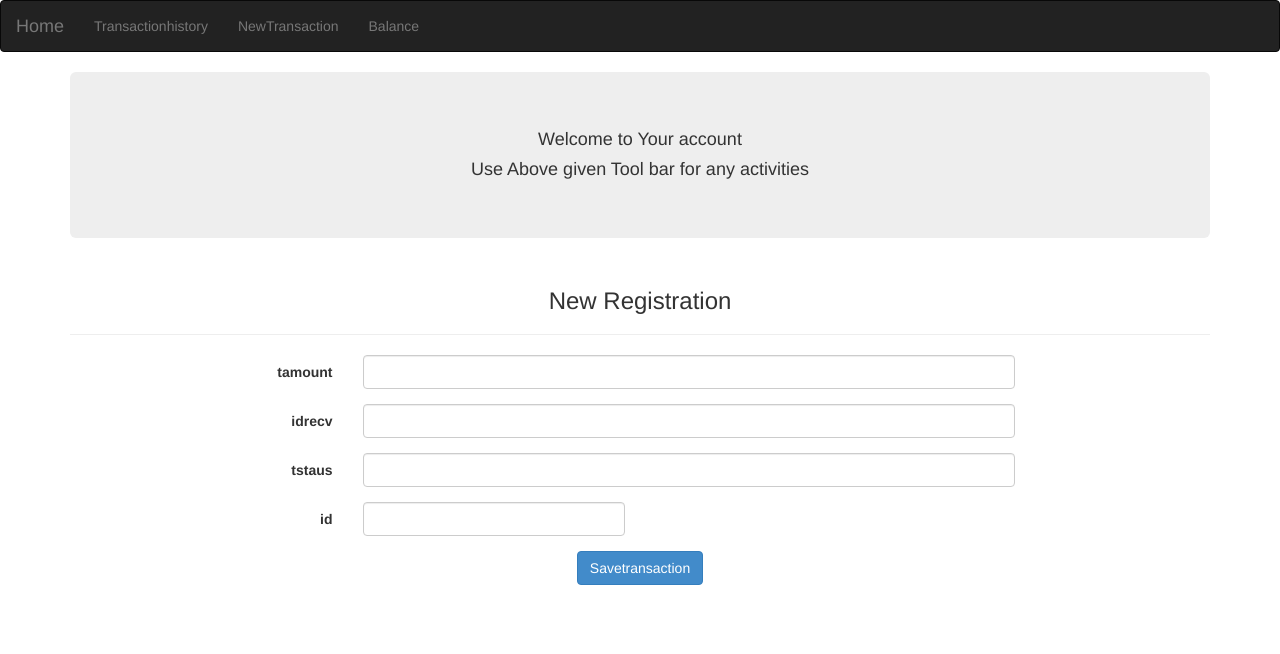
Repository: balajisaiveer/first
Page: http://localhost/Myapplication/WEB-INF/view/homepage.jsp
The author's editor kept a copy of each file at every save. The page is drawn from the files as they stood at one save, then again after the next save.
The browser window is 1280 px wide. The pictures show the whole page.
The page is served by Tomcat 9. Nobody is signed in. Other server files are loaded and not shown. The template is opened directly, without the code that normally fills it, so the values that code supplies are empty.

Above is the page before, as saved 2018-07-10 11:28:36.

### workspace-sts-3.9.5.RELEASE/Myapplication/src/main/webapp/WEB-INF/view/homepage.jsp
<!DOCTYPE html >
<%@taglib uri="http://java.sun.com/jsp/jstl/core" prefix="d"%>
<html>
<head>
<meta charset="utf-8">
<meta http-equiv="X-UA-Compatible" content="IE=edge">
<meta http-equiv="Pragma" content="no-cache">
<meta http-equiv="Cache-Control" content="no-cache">
<meta http-equiv="Expires" content="sat, 01 Dec 2001 00:00:00 GMT">
<title>Bank Application | home</title>
<link href="static/css/bootstrap.min.css" rel="stylesheet">
<link href="static/css/style.css" rel="stylesheet">
<!--[if lt IE 9]>
      <script src="https://oss.maxcdn.com/html5shiv/3.7.3/html5shiv.min.js"></script>
      <script src="https://oss.maxcdn.com/respond/1.4.2/respond.min.js"></script>
    <![endif]-->

</head>
<body>
	<div role="navigation">
		<div class="navbar navbar-inverse">
			<a href="/welcome" class="navbar-brand">Home</a>
			<div class="navbar-collapse collapse">
				<ul class="nav navbar-nav">
					<li><a href="/transactionhistory">Transactionhistory</a></li>
					<li><a href="/login-user/newtransaction">NewTransaction</a></li>
					<li><a href="/balance">Balance</a></li>
				</ul>
			</div>
		</div>
	</div>
	<div class="container" id="homediv">
		<div class="jumbotron text-center">
		<h4>Welcome to Your account</h4>
		<h4>Use Above given Tool bar for any activities</h4>
		</div>
	</div>
	<div class="container text-center">
		<h3>New Registration</h3>
		<hr>
		<form class="form-horizontal" method="POST" action="login-user/save-transaction">
		<input type="hidden" name="id" value="${transaction.tid }" />
		<div class="form-group">
		<label class="control-label col-md-3">tamount</label>
		<div class="col-md-7">
			<input type="text" class="form-control" name="tamount" value="${transaction.tamount }" />
		</div>
	</div>
	<div class="form-group">
		<label class="control-label col-md-3">idrecv</label>
		<div class="col-md-7">
		<input type="text" class="form-control" name="idrecv" value="${transaction.idrecv }" />
		</div>
	</div>
	<div class="form-group">
		<label class="control-label col-md-3">tstaus</label>
		<div class="col-md-7">
		<input type="text" class="form-control" name="tstaus" value="${transaction.tstaus }" />
		</div>
	</div>
	<div class="form-group">
		<label class="control-label col-md-3">id</label>
		<div class="col-md-3">
		<input type="text" class="form-control" name="id" value="${transaction.id }" />
		</div>
	</div>
	<div class="form-group ">
		<input type="submit" class="btn btn-primary" value="Savetransaction" />
		</div>
		</form>
	</div>

	<!-- Optional JavaScript -->
	<!-- jQuery first, then Popper.js, then Bootstrap JS -->
	<script src="static/js/jquery-1.11.1.min.js"></script>
	<script src="static/js/bootstrap.min.js"></script>
</body>
</html>

Loaded but not shown: workspace-sts-3.9.5.RELEASE/Myapplication/src/main/webapp/static/css/bootstrap.min.css (library); workspace-sts-3.9.5.RELEASE/Myapplication/src/main/webapp/static/css/style.css (common file); workspace-sts-3.9.5.RELEASE/Myapplication/src/main/webapp/static/js/jquery-1.11.1.min.js (library); workspace-sts-3.9.5.RELEASE/Myapplication/src/main/webapp/static/js/bootstrap.min.js (library)

After the next save:
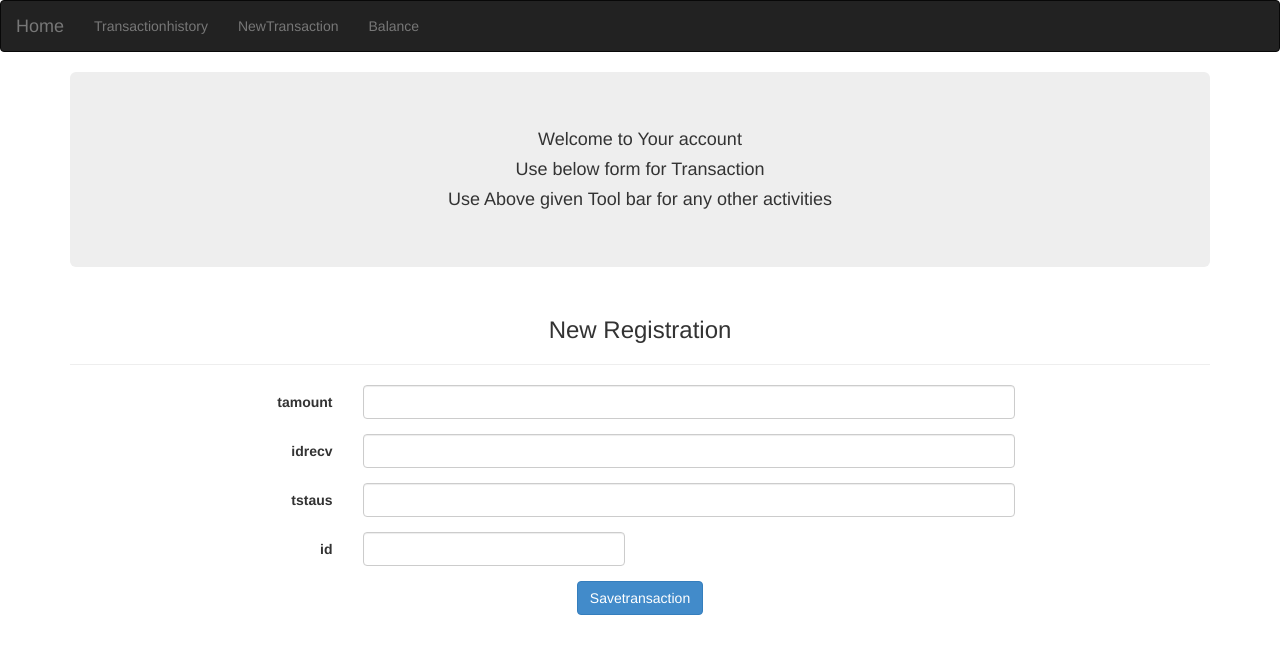
Saved 73 s later.
--- a/workspace-sts-3.9.5.RELEASE/Myapplication/src/main/webapp/WEB-INF/view/homepage.jsp
+++ b/workspace-sts-3.9.5.RELEASE/Myapplication/src/main/webapp/WEB-INF/view/homepage.jsp
@@ -32,7 +32,8 @@
 	<div class="container" id="homediv">
 		<div class="jumbotron text-center">
 		<h4>Welcome to Your account</h4>
-		<h4>Use Above given Tool bar for any activities</h4>
+		<h4>Use below form for Transaction</h4>
+		<h4>Use Above given Tool bar for any other activities</h4>
 		</div>
 	</div>
 	<div class="container text-center">
